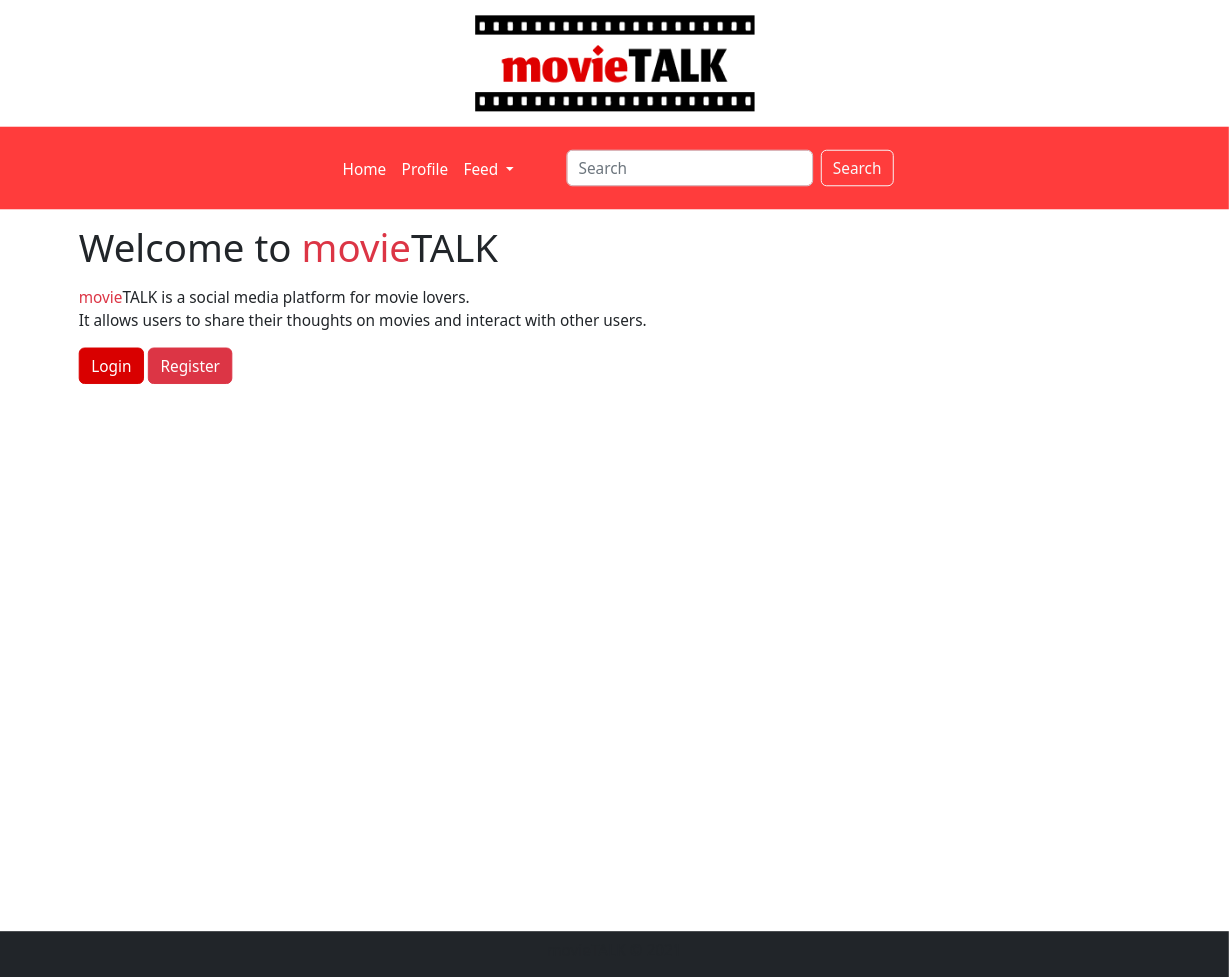
Repository: runeunhjem/css-frameworks-ca
Page: index.html
The author's editor kept a copy of each file at every save. The page is drawn from the files as they stood at one save, then again after the next save.
The browser window is 1280 px wide. The pictures show the whole page, at 96% of full size.
Some web libraries are served in a nearby version. The style sheet was rebuilt from its Sass, Less or Tailwind sources for each picture, by a compiler version that may differ from the author's.

Above is the page before, as saved 2023-08-24 15:58:16.

After the next save:
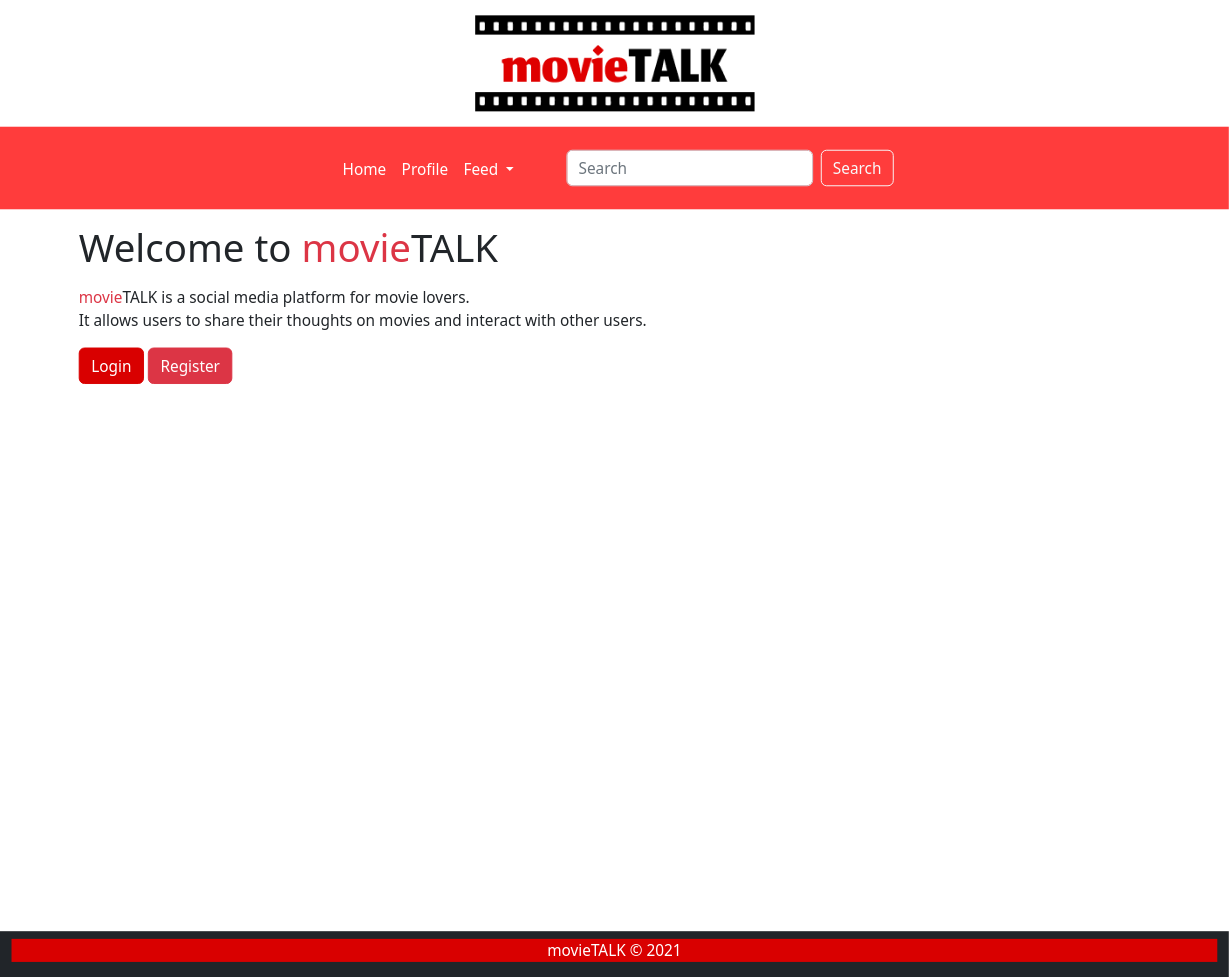
Saved 4 s later.
--- a/index.html
+++ b/index.html
@@ -74,7 +74,7 @@
   <div class="container-fluid bg-dark mt-3">
     <div class="row">
       <div class="col">
-        <p class="bg-primarytext-white text-center mt-2">movieTALK &copy; 2021</p>
+        <p class="bg-primary text-white text-center mt-2">movieTALK &copy; 2021</p>
       </div>
     </div>
   </div>

After the save that followed:
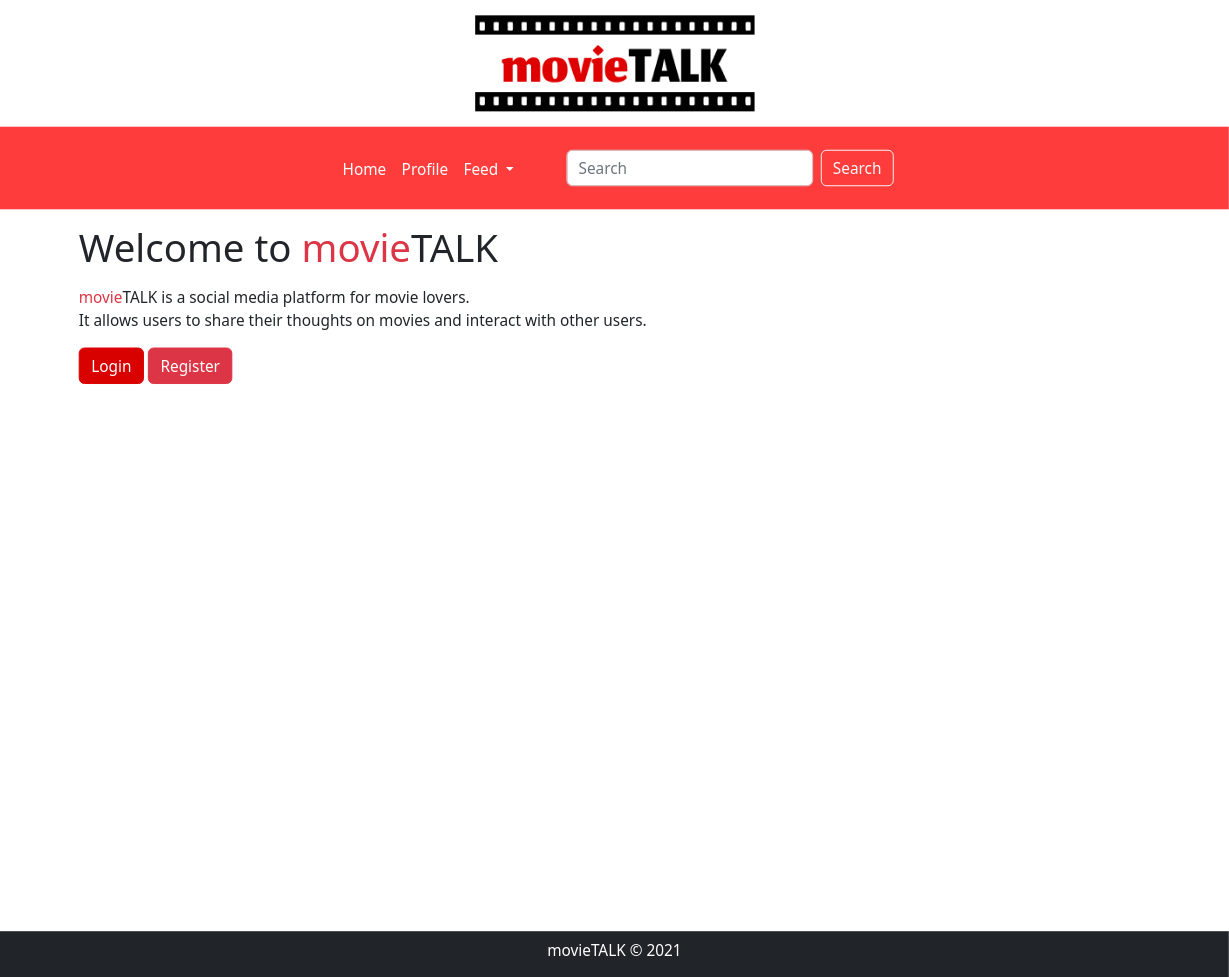
Saved 9 s later.
--- a/index.html
+++ b/index.html
@@ -74,7 +74,7 @@
   <div class="container-fluid bg-dark mt-3">
     <div class="row">
       <div class="col">
-        <p class="bg-primary text-white text-center mt-2">movieTALK &copy; 2021</p>
+        <p class="text-white text-center mt-2">movieTALK &copy; 2021</p>
       </div>
     </div>
   </div>
